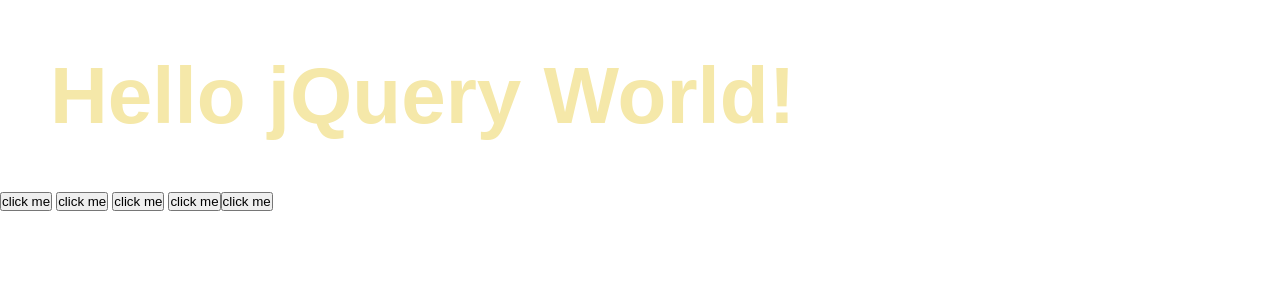
Repository: doncsar/yu-frontend-bootcamp
Page: 18-jQuery/index.html
These files come from the project's save history. The page is drawn as it stood at one moment and after a run of saves; the edit follows.
The browser window is 1280 px wide. The pictures show the whole page.

Above is the page before, as saved 2024-01-28 14:54:00.
Console error: TypeError: $(...).addEventListener is not a function

### 18-jQuery/index.html
<!DOCTYPE html>
<html lang="en">
   <head>
      <meta charset="UTF-8" />
      <meta name="viewport" content="width=device-width, initial-scale=1.0" />
      <link rel="stylesheet" href="style.css" />
      <script src="script.js" defer></script>
      <link
         rel="apple-touch-icon"
         sizes="180x180"
         href="apple-touch-icon.png"
      />
      <link
         rel="icon"
         type="image/png"
         sizes="32x32"
         href="favicon-32x32.png"
      />
      <link
         rel="icon"
         type="image/png"
         sizes="16x16"
         href="favicon-16x16.png"
      />
      <title>jQuery</title>
   </head>
   <body>
      <h1>Hello jQuery World!</h1>
      <div>
         <button>click me</button>
         <button>click me</button>
         <button>click me</button>
         <button>click me</button
         ><button>click me</button>
      </div>
      <script src="https://ajax.googleapis.com/ajax/libs/jquery/3.7.1/jquery.min.js"></script>
   </body>
</html>

### 18-jQuery/style.css
*{
   box-sizing: border-box;
   margin: 0;
   padding: 0;
}

.big-title {
   font-size: 5rem;
   color: #f5e8a9;
   font-family: sans-serif;
}

.m-50 {
   margin: 50px;
}

### 18-jQuery/script.js
$('h1').addClass('big-title m-50')

$('h1').addEventListener('mouseOver')

   .text('Good Bye')

After the next 2 saves:
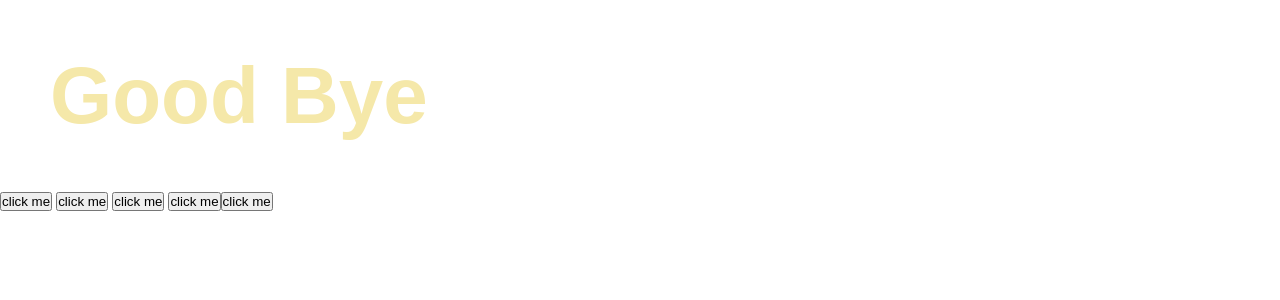
The error is gone.
The 2 saves are shown as one change because they came seconds apart.
The last was saved 63 s later.
--- a/18-jQuery/script.js
+++ b/18-jQuery/script.js
@@ -1,5 +1,5 @@
 $('h1').addClass('big-title m-50')
 
-$('h1').addEventListener('mouseOver')
+$('h1').bind('mouseOver')
 
    .text('Good Bye')
